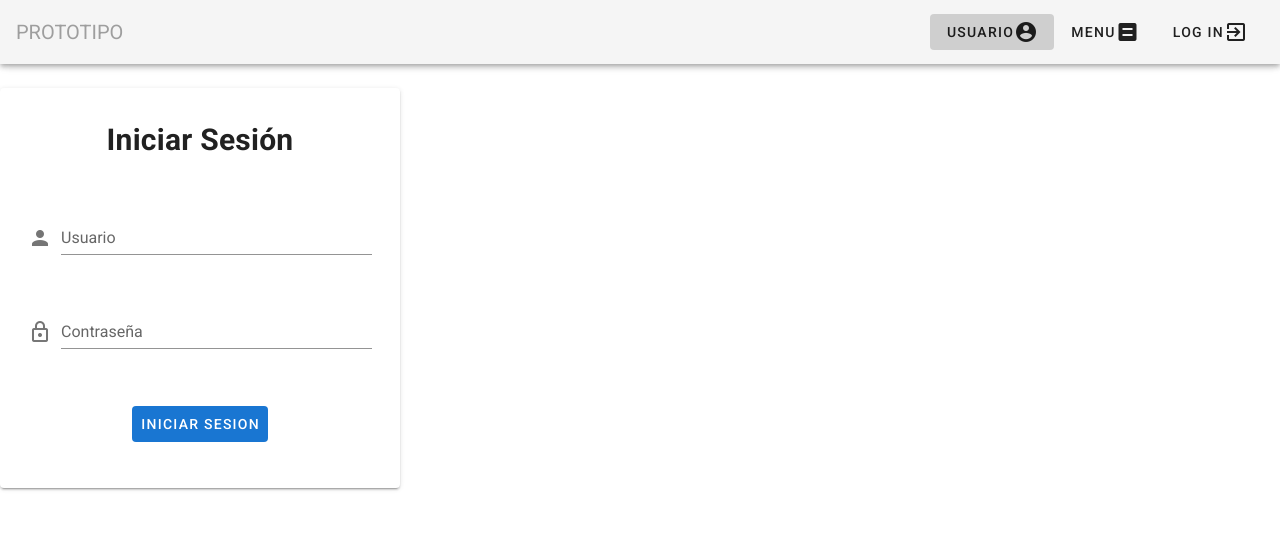
Repository: YojayDeHorta/Administrador-con-filtros
Page: /
The author's editor kept a copy of each file at every save. The page is drawn from the files as they stood at one save, then again after the next save.
The browser window is 1280 px wide. The pictures show the whole page.
The project was rebuilt for these pictures with package versions that can differ from the ones it lists, and the page was loaded fresh each time. Also part of the build but not shown: vue.config.js, src/views/Options.vue, src/components/Filtro.vue, src/components/CrudClientes.vue, src/views/Filter.vue.

Above is the page before, as saved 2021-09-25 17:05:01.

After the next save:
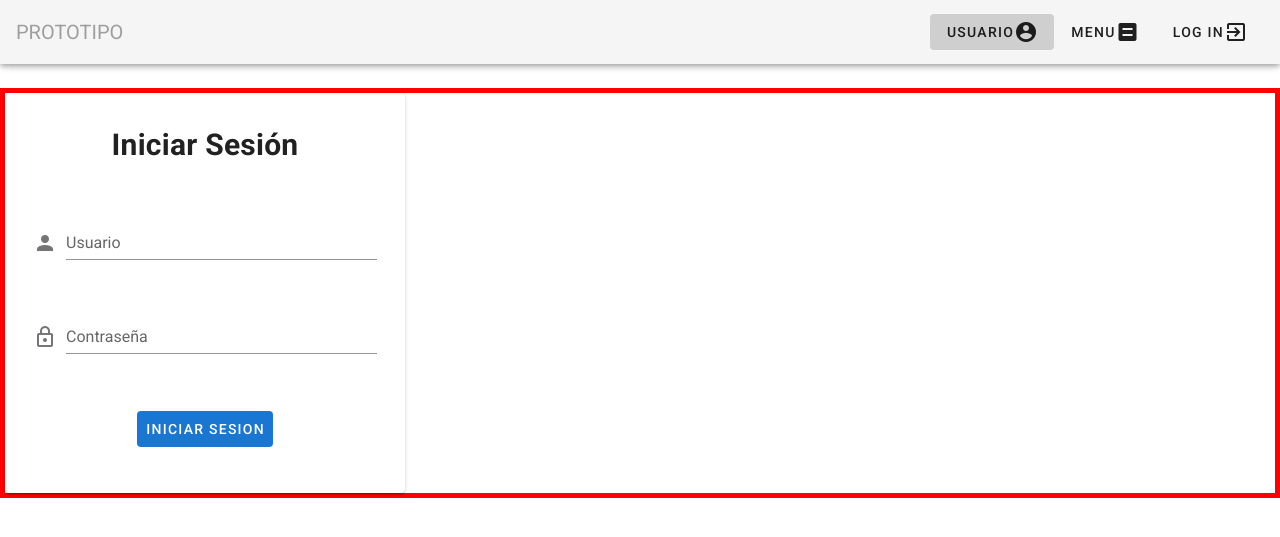
Saved 7 s later.
--- a/src/views/Login.vue
+++ b/src/views/Login.vue
@@ -37,6 +37,6 @@
 </script>
 <style scoped>
     .Marco_Login{
-
+        border:5px solid red;
     }
 </style>
